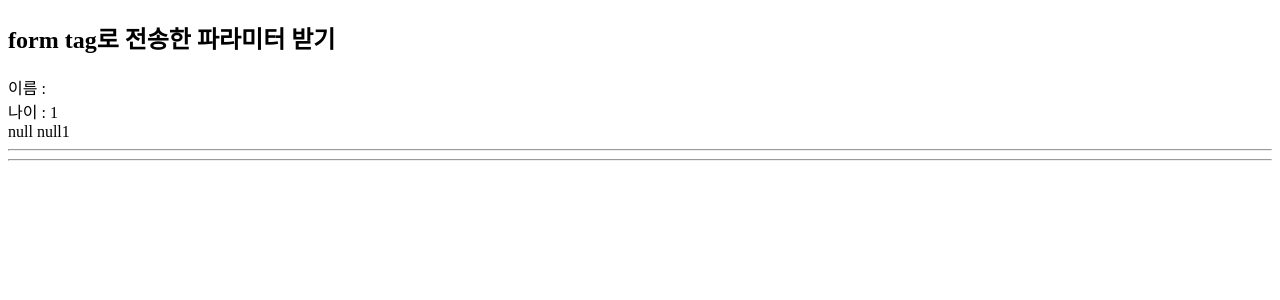
Repository: HaeunOh/study
Page: http://localhost/jstl_study/step-4.jsp
An editor plug-in stored every save of this project. The page is shown before and after the next save, followed by the edit.
The browser window is 1280 px wide. The pictures show the whole page.
The page is served by Tomcat 9. Other server files are loaded and not shown.

Above is the page before, as saved 2024-04-11 03:37:39.

### _jstl_workspace/jstl_study/src/main/webapp/step-4.jsp
<%@ page language="java" contentType="text/html; charset=UTF-8"
    pageEncoding="UTF-8"%>
    <%@ taglib uri="http://java.sun.com/jsp/jstl/core" prefix="c" %>
<!DOCTYPE html>
<html>
<head>
<meta charset="UTF-8">
<title>Insert title here</title>
</head>
<body>
	<h2> form tag로 전송한 파라미터 받기 </h2>
	<!-- EL 태그 방식은 내부적으로 형변환을 하여 연산이 가능함. -->
	이름 : ${param.name } <br>
	나이 : ${param.age+1 } <br>

	<!-- 스크립틀릿 방식으로 파라미터 가져오기 -->
	<!-- 스크립틀릿 방식은 값을 문자열로 인식, 연산 불가능. -->
	<%= request.getParameter("name") %>
	<%= request.getParameter("age")+1 %>

	<hr>
	<!-- c:if 이용하여 나이가 18세 이하이면 미성년자입니다 라고 출력!! -->
	<c:if test="${param.age <= 18 }">
		<h3>미성년자입니다.</h3>
	</c:if>

	<hr>
</html>

After the next save:
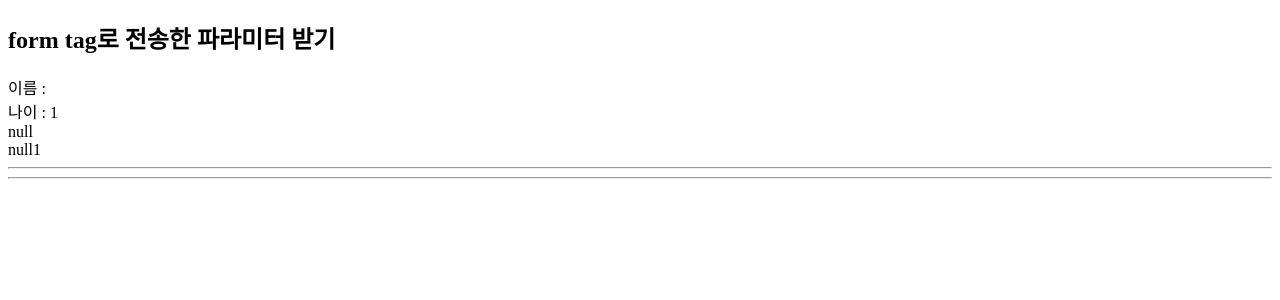
Saved 26 s later.
--- a/_jstl_workspace/jstl_study/src/main/webapp/step-4.jsp
+++ b/_jstl_workspace/jstl_study/src/main/webapp/step-4.jsp
@@ -14,8 +14,8 @@
 	나이 : ${param.age+1 } <br>
 
 	<!-- 스크립틀릿 방식으로 파라미터 가져오기 -->
-	<!-- 스크립틀릿 방식은 값을 문자열로 인식, 연산 불가능. -->
-	<%= request.getParameter("name") %>
+	<!-- 스크립틀릿 방식은 값을 문자열로 인식, 연산 불가능. 형변환 필요!! -->
+	<%= request.getParameter("name") %> <br>
 	<%= request.getParameter("age")+1 %>
 
 	<hr>
